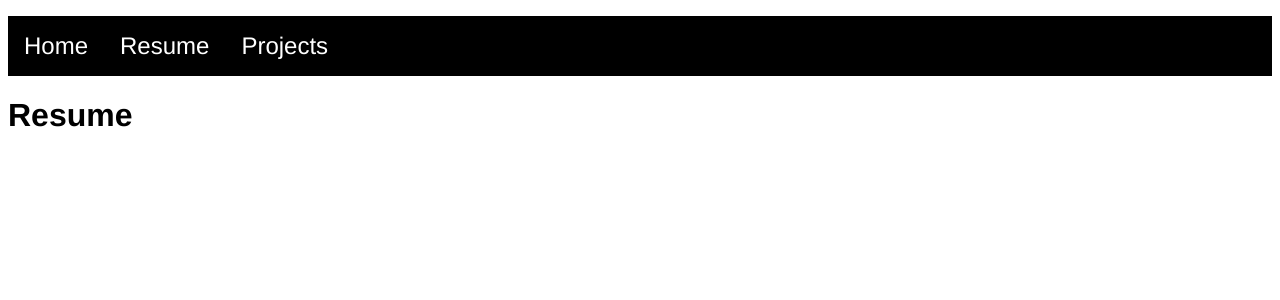
Repository: TangDylan/TangDylan.github.io
Page: resume.html
The author's editor kept a record of every edit. The page is drawn from the files as they stood at one moment, then again after the next edit.
The browser window is 1280 px wide. The pictures show the whole page.

Above is the page before.

After the next edit:
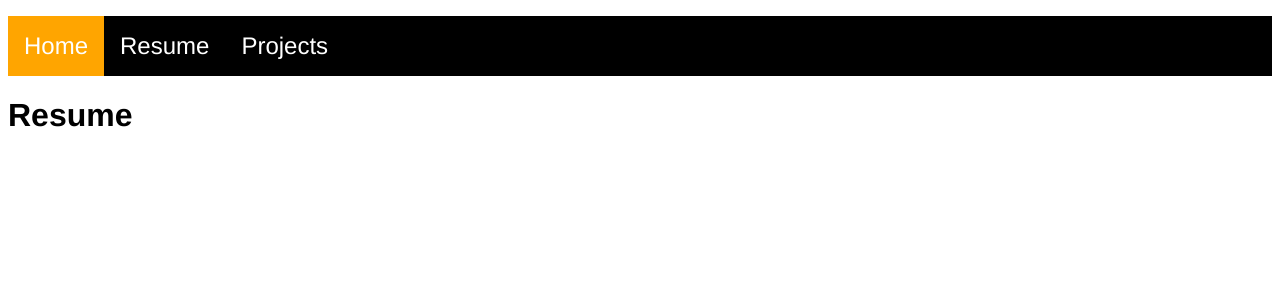
The edit:
--- a/resume.html
+++ b/resume.html
@@ -50,6 +50,11 @@
            display:block;
           }
 
+          .active {
+           background-color:orange;
+          }
+
+
         </style>
     </head>
 
